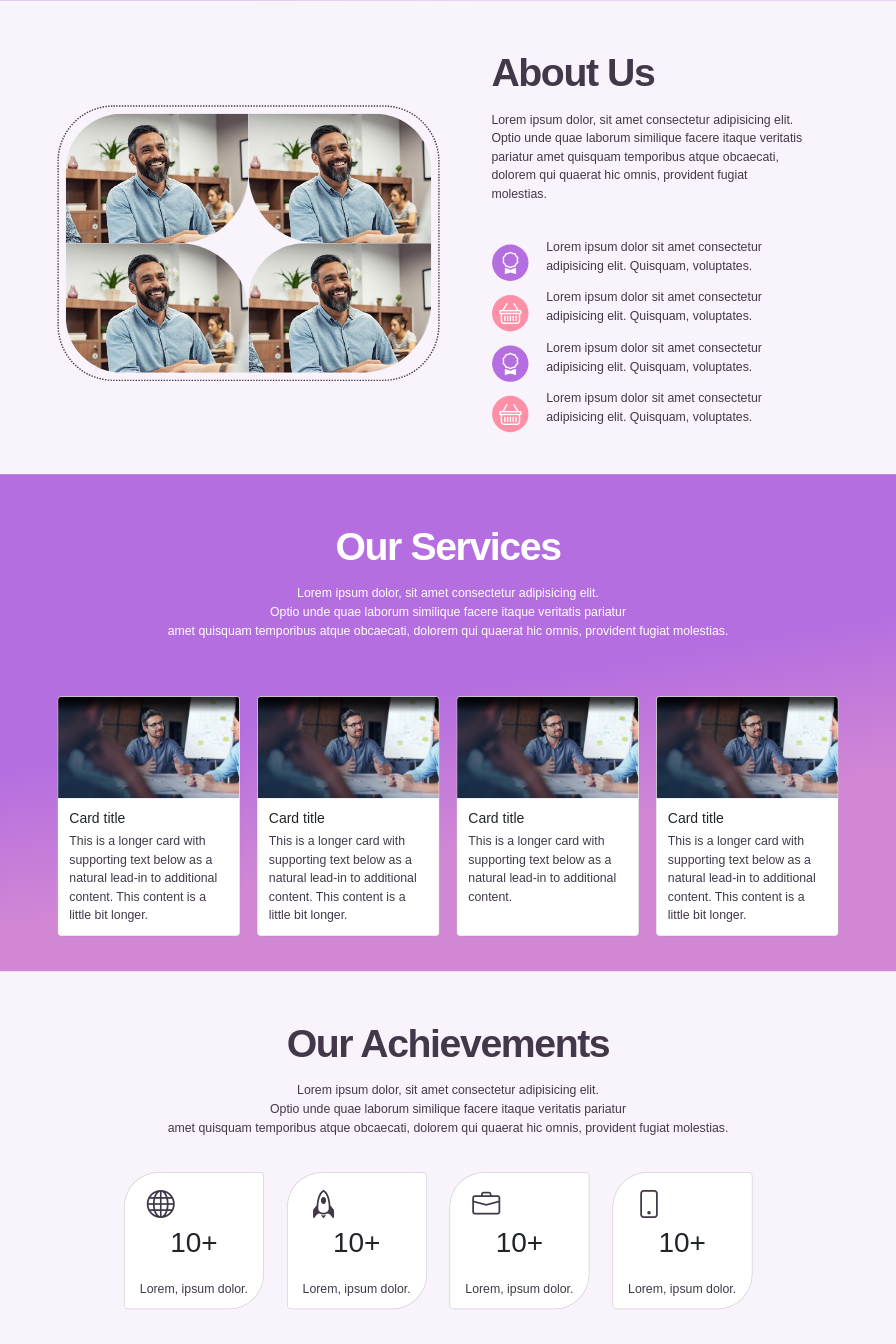
Repository: tagnam/project27012025
Page: index.html
The author's editor kept a copy of each file at every save. The page is drawn from the files as they stood at one save, then again after a run of saves.
The browser window is 1280 px wide. The pictures show the part of the page from y = 739 to 2659 px (the page is 2659 px tall), at 70% of full size.

Above is the page before, as saved 2025-01-28 12:24:08.

### index.html
<!DOCTYPE html>
<html lang="en">
    <head>
        <meta charset="UTF-8" />
        <meta name="viewport" content="width=device-width, initial-scale=1.0" />
        <link href="https://cdn.jsdelivr.net/npm/bootstrap@5.3.3/dist/css/bootstrap.min.css" rel="stylesheet" integrity="sha384-QWTKZyjpPEjISv5WaRU9OFeRpok6YctnYmDr5pNlyT2bRjXh0JMhjY6hW+ALEwIH" crossorigin="anonymous" />
        <link rel="stylesheet" href="style/css/index.css" />
        <link rel="stylesheet" href="style/css/animation.css" />
        <link rel="stylesheet" href="style/css/responsive.css" />
        <title>project27012025</title>
    </head>
    <body>
        <header>
            <!-- --------------------------------------------start nav bar ------------------------------->
            <nav class="navbar navbar-expand-lg custom-nav">
                <div class="container">
                    <div class="collapse navbar-collapse justify-content-between" id="navbarSupportedContent">
                        <a class="navbar-brand" href="#">Navbar</a>
                        <ul class="navbar-nav">
                            <li class="nav-item">
                                <a class="nav-link" href="#"><i class="bi bi-facebook"></i></a>
                            </li>
                            <li class="nav-item">
                                <a class="nav-link" href="#"><i class="bi bi-instagram"></i></a>
                            </li>
                            <li class="nav-item">
                                <a class="nav-link" href="#"><i class="bi bi-twitter"></i></a>
                            </li>
                        </ul>
                        <div class="d-flex">
                            <div class="menu-container" type="button" data-bs-toggle="offcanvas" data-bs-target="#offcanvasExample" aria-controls="offcanvasExample">
                                <span class="span-menu-01 menu-icon"></span>
                                <span class="span-menu-02 menu-icon"></span>
                                <span class="span-menu-03 menu-icon"></span>
                            </div>
                        </div>
                    </div>
                </div>
            </nav>

            <!-- ------------------------------start offcanvas ---------------------------------------->
            <div class="offcanvas offcanvas-start" tabindex="-1" id="offcanvasExample" aria-labelledby="offcanvasExampleLabel">
                <div class="offcanvas-header">
                    <h5 class="offcanvas-title" id="offcanvasExampleLabel">Offcanvas</h5>
                    <button type="button" class="btn-close text-reset" data-bs-dismiss="offcanvas" aria-label="Close"></button>
                </div>
                <div class="offcanvas-body">
                    <div>
                        Some text as placeholder. In real life you can have the elements you have chosen. Like, text, images, lists, etc.
                    </div>
                    <div class="dropdown mt-3">
                        <button class="btn btn-secondary dropdown-toggle" type="button" id="dropdownMenuButton" data-bs-toggle="dropdown">
                            Dropdown button
                        </button>
                        <ul class="dropdown-menu" aria-labelledby="dropdownMenuButton">
                            <li><a class="dropdown-item" href="#">Action</a></li>
                            <li><a class="dropdown-item" href="#">Another action</a></li>
                            <li><a class="dropdown-item" href="#">Something else here</a></li>
                        </ul>
                    </div>
                </div>
            </div>
            <!-- -----------------------------end offcanvas ------------------------------------------->
            <!------------------------------------------------ end navbar ----------------------------->
        </header>
        <section class="hero-section">
            <div class="container" style="height: 100%;">
                <div class="row">
                    <div class="col-lg-6 col-md-6 col-sm-12">
                        <div class="banner-content">
                            <h1>Lorem ipsum dolor dolor sit amet, consectetur</h1>
                            <p>
                                Lorem ipsum dolor sit amet, consectetur adipisicing elit. Doloribus in culpa ipsa, amet ad<br />
                                eveniet. Fugiat architecto atque consequuntur repellendus!
                            </p>
                            <button class="btn btn-primary">Get Started</button>
                        </div>
                    </div>
                    <div class="col-lg-6 col-md-6 col-sm-12">
                        <div class="banner-img d-flex justify-content-end">
                            <img src="image/hero-banner-01.webp" class="w-100" alt="" />
                        </div>
                    </div>
                </div>

            </div>
        </section>
        <section class="client-section">
            <div class="container-fluid">
                <div class="row row-cols-3 row-cols-md-6 g-4">
                    <div class="col client-logo">
                        <a class="navbar-brand w-25" href="#">Navbar</a>
                    </div>
                    <div class="col client-logo">
                        <a class="navbar-brand w-25" href="#">Navbar</a>
                    </div>
                    <div class="col client-logo">
                        <a class="navbar-brand w-25" href="#">Navbar</a>
                    </div>
                    <div class="col client-logo">
                        <a class="navbar-brand w-25" href="#">Navbar</a>
                    </div>
                    <div class="col client-logo">
                        <a class="navbar-brand w-25" href="#">Navbar</a>
                    </div>
                    <div class="col client-logo">
                        <a class="navbar-brand w-25" href="#">Navbar</a>
                    </div>
                </div>
            </div>
        </section>

        <section>
            <div class="container">
                <div class="row">
                    <div class="col-lg-6 col-md-6 col-sm-12">
                        <div class="about-row row row-cols-1 row-cols-md-2 g-0">
                            <div class="col">
                                <div class="img">
                                    <img src="image/elearning-08.jpg" class="about-row-img-01 w-100" alt="" />
                                </div>
                            </div>
                            <div class="col">
                                <div class="img">
                                    <img src="image/elearning-08.jpg" class="about-row-img-02 w-100" alt="" />
                                </div>
                            </div>
                            <div class="col">
                                <div class="img">
                                    <img src="image/elearning-08.jpg" class="about-row-img-03 w-100" alt="" />
                                </div>
                            </div>
                            <div class="col">
                                <div class="img">
                                    <img src="image/elearning-08.jpg" class="about-row-img-04 w-100" alt="" />
                                </div>
                            </div>
                        </div>
                    </div>
                    <div class="col-lg-6 col-md-6 col-sm-12">
                        <div class="about-content">
                            <div class="main-heading">
                                <h2>About Us</h2>
                                <p>
                                    Lorem ipsum dolor, sit amet consectetur adipisicing elit. Optio unde quae laborum similique facere itaque veritatis pariatur amet quisquam temporibus atque obcaecati, dolorem qui quaerat hic omnis,
                                    provident fugiat molestias.
                                </p>
                            </div>
                            <div class="about-list">
                                <div class="row">
                                    <div class="col-md-2">
                                        <div class="about-icon">
                                            <i class="bi bi-award"></i>
                                        </div>
                                    </div>
                                    <div class="col-md-10">
                                        <div class="about-text">
                                            <p>Lorem ipsum dolor sit amet consectetur adipisicing elit. Quisquam, voluptates.</p>
                                        </div>
                                    </div>
                                </div>
                                <div class="row">
                                    <div class="col-md-2">
                                        <div class="about-icon">
                                            <i class="bi bi-basket"></i>
                                        </div>
                                    </div>
                                    <div class="col-md-10">
                                        <div class="about-text">
                                            <p>Lorem ipsum dolor sit amet consectetur adipisicing elit. Quisquam, voluptates.</p>
                                        </div>
                                    </div>
                                </div>
                                <div class="row">
                                    <div class="col-md-2">
                                        <div class="about-icon">
                                            <i class="bi bi-award"></i>
                                        </div>
                                    </div>
                                    <div class="col-md-10">
                                        <div class="about-text">
                                            <p>Lorem ipsum dolor sit amet consectetur adipisicing elit. Quisquam, voluptates.</p>
                                        </div>
                                    </div>
                                </div>
                                <div class="row">
                                    <div class="col-md-2">
                                        <div class="about-icon">
                                            <i class="bi bi-basket"></i>
                                        </div>
                                    </div>
                                    <div class="col-md-10">
                                        <div class="about-text">
                                            <p>Lorem ipsum dolor sit amet consectetur adipisicing elit. Quisquam, voluptates.</p>
                                        </div>
                                    </div>
                                </div>
                            </div>
                        </div>
                    </div>
                </div>
            </div>
        </section>
        <section class="service-section">
                <div class="container">
                    <div class="main-heading-white">
                        <h2>Our Services</h2>
                        <p>
                            Lorem ipsum dolor, sit amet consectetur adipisicing elit.<br> Optio unde quae laborum similique facere itaque veritatis pariatur <br>amet quisquam temporibus atque obcaecati, dolorem qui quaerat hic omnis,
                            provident fugiat molestias.
                        </p>
                    </div>
                    <div class="row row-cols-1 row-cols-md-4 g-4">
                        <div class="col">
                          <div class="card h-100">
                            <img src="image/business-banner.jpg" class="card-img-top" alt="...">
                            <div class="card-body">
                              <h5 class="card-title">Card title</h5>
                              <p class="card-text">This is a longer card with supporting text below as a natural lead-in to additional content. This content is a little bit longer.</p>
                            </div>
                          </div>
                        </div>
                        <div class="col">
                          <div class="card h-100">
                            <img src="image/business-banner.jpg" class="card-img-top" alt="...">
                            <div class="card-body">
                              <h5 class="card-title">Card title</h5>
                              <p class="card-text">This is a longer card with supporting text below as a natural lead-in to additional content. This content is a little bit longer.</p>
                            </div>
                          </div>
                        </div>
                        <div class="col">
                          <div class="card h-100">
                            <img src="image/business-banner.jpg" class="card-img-top" alt="...">
                            <div class="card-body">
                              <h5 class="card-title">Card title</h5>
                              <p class="card-text">This is a longer card with supporting text below as a natural lead-in to additional content.</p>
                            </div>
                          </div>
                        </div>
                        <div class="col">
                          <div class="card h-100">
                            <img src="image/business-banner.jpg" class="card-img-top" alt="...">
                            <div class="card-body">
                              <h5 class="card-title">Card title</h5>
                              <p class="card-text">This is a longer card with supporting text below as a natural lead-in to additional content. This content is a little bit longer.</p>
                            </div>
                          </div>
                        </div>
                      </div>
                </div>
        </section>
        <section class="counter-section" style="padding: 50px 0px;">
            <div class="container">
                <div class="main-heading" style="margin-bottom: 50px; text-align: center;">
                    <h2>Our Achievements</h2>
                    <p>
                        Lorem ipsum dolor, sit amet consectetur adipisicing elit.<br> Optio unde quae laborum similique facere itaque veritatis pariatur <br>amet quisquam temporibus atque obcaecati, dolorem qui quaerat hic omnis,
                        provident fugiat molestias.
                    </p>
                </div>
                <div class="row justify-content-center">
                    <div class="col-lg-10 ">
                        <div class="row  g-1 justify-content-center">
                            <div class="col">
                                <div class="card counter-card" >
                                    <div class="counter">
                                        <div class="counter-icon">
                                            <i class="bi bi-globe"></i>
                                        </div>
                                        <h1 class="counter-title">10+</h1>
                                        <p class="counter-text">Lorem, ipsum dolor.</p>
                                    </div>
                                </div>
                            </div>
                            <div class="col">
                                <div class="card counter-card" >
                                    <div class="counter">
                                        <div class="counter-icon">
                                            <i class="bi bi-rocket"></i>
                                        </div>
                                        <h1 class="counter-title">10+</h1>
                                        <p class="counter-text">Lorem, ipsum dolor.</p>
                                    </div>
                                </div>
                            </div>
                            <div class="col">
                                <div class="card counter-card" >
                                    <div class="counter">
                                        <div class="counter-icon">
                                            <i class="bi bi-briefcase"></i>
                                        </div>
                                        <h1 class="counter-title">10+</h1>
                                        <p class="counter-text">Lorem, ipsum dolor.</p>
                                    </div>
                                </div>
                            </div>
                            <div class="col">
                                <div class="card counter-card" >
                                    <div class="counter">
                                            <i class="bi bi-phone"></i>

                                        <h1 class="counter-title">10+</h1>
                                        <p class="counter-text">Lorem, ipsum dolor.</p>
                                    </div>
                                </div>
                            </div>
                        </div>
                    </div>
                </div>

            </div>
        </section>
        <script src="https://cdn.jsdelivr.net/npm/bootstrap@5.3.3/dist/js/bootstrap.bundle.min.js" integrity="sha384-YvpcrYf0tY3lHB60NNkmXc5s9fDVZLESaAA55NDzOxhy9GkcIdslK1eN7N6jIeHz" crossorigin="anonymous"></script>
        <script src="style/js/custom.js"></script>
    </body>
</html>

Loaded but not shown: style/css/index.css (228 lines, source omitted); style/js/custom.js (no copy from this time; the picture is the same without it); style/css/animation.css (no stored copy; drawn as an empty file); style/css/responsive.css (no stored copy; drawn as an empty file)

After the next 7 saves:
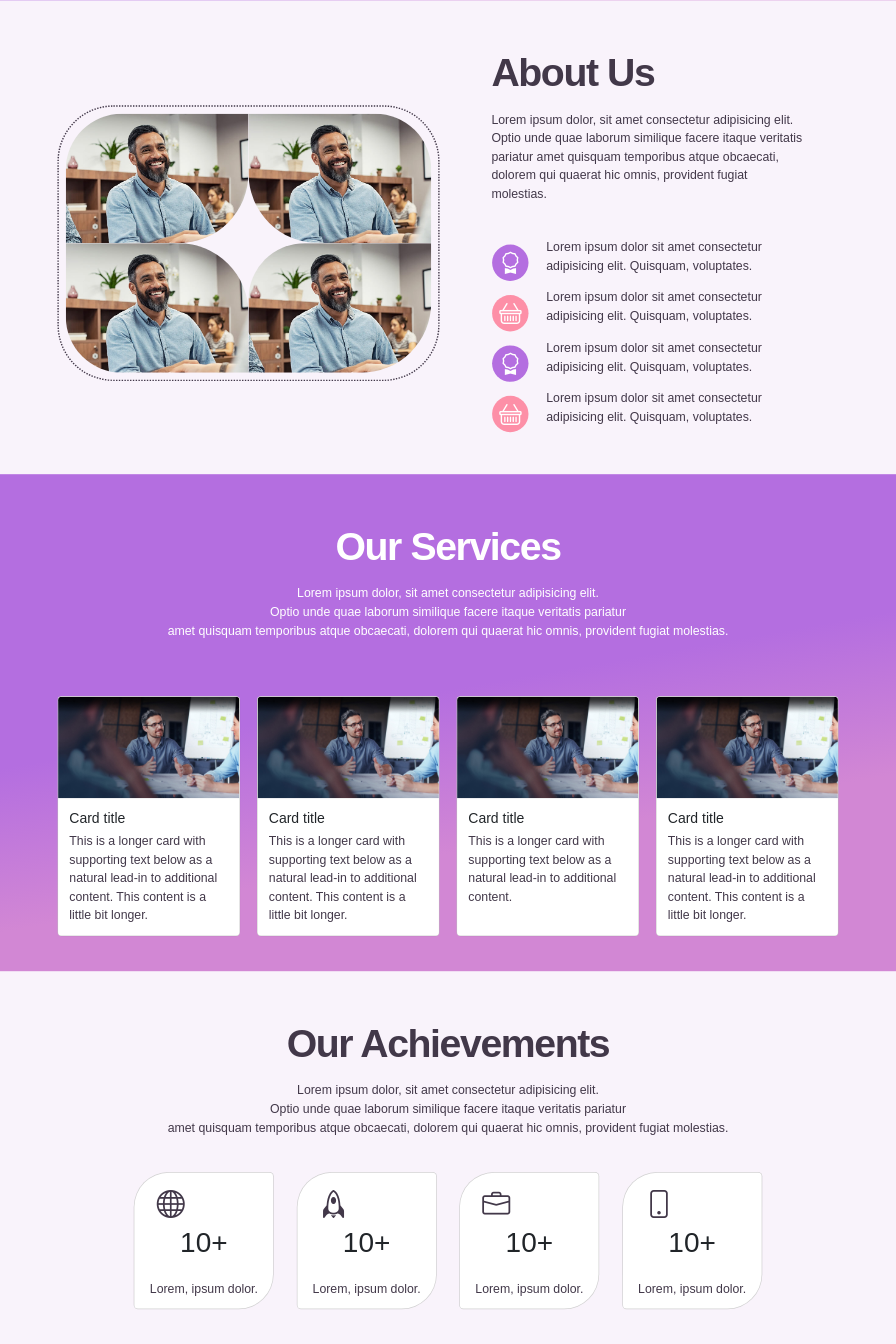
The 7 saves are shown as one change because they came seconds apart.
The last was saved 49 s later.
--- a/index.html
+++ b/index.html
@@ -262,7 +262,7 @@
                 <div class="row justify-content-center">
                     <div class="col-lg-10 ">
                         <div class="row  g-1 justify-content-center">
-                            <div class="col">
+                            <div class="col" style="display: flex; justify-content: center;">
                                 <div class="card counter-card" >
                                     <div class="counter">
                                         <div class="counter-icon">
@@ -273,7 +273,7 @@
                                     </div>
                                 </div>
                             </div>
-                            <div class="col">
+                            <div class="col" style="display: flex; justify-content: center;">
                                 <div class="card counter-card" >
                                     <div class="counter">
                                         <div class="counter-icon">
@@ -284,7 +284,7 @@
                                     </div>
                                 </div>
                             </div>
-                            <div class="col">
+                            <div class="col" style="display: flex; justify-content: center;">
                                 <div class="card counter-card" >
                                     <div class="counter">
                                         <div class="counter-icon">
@@ -295,7 +295,7 @@
                                     </div>
                                 </div>
                             </div>
-                            <div class="col">
+                            <div class="col" style="display: flex; justify-content: center;">
                                 <div class="card counter-card" >
                                     <div class="counter">
                                             <i class="bi bi-phone"></i>
